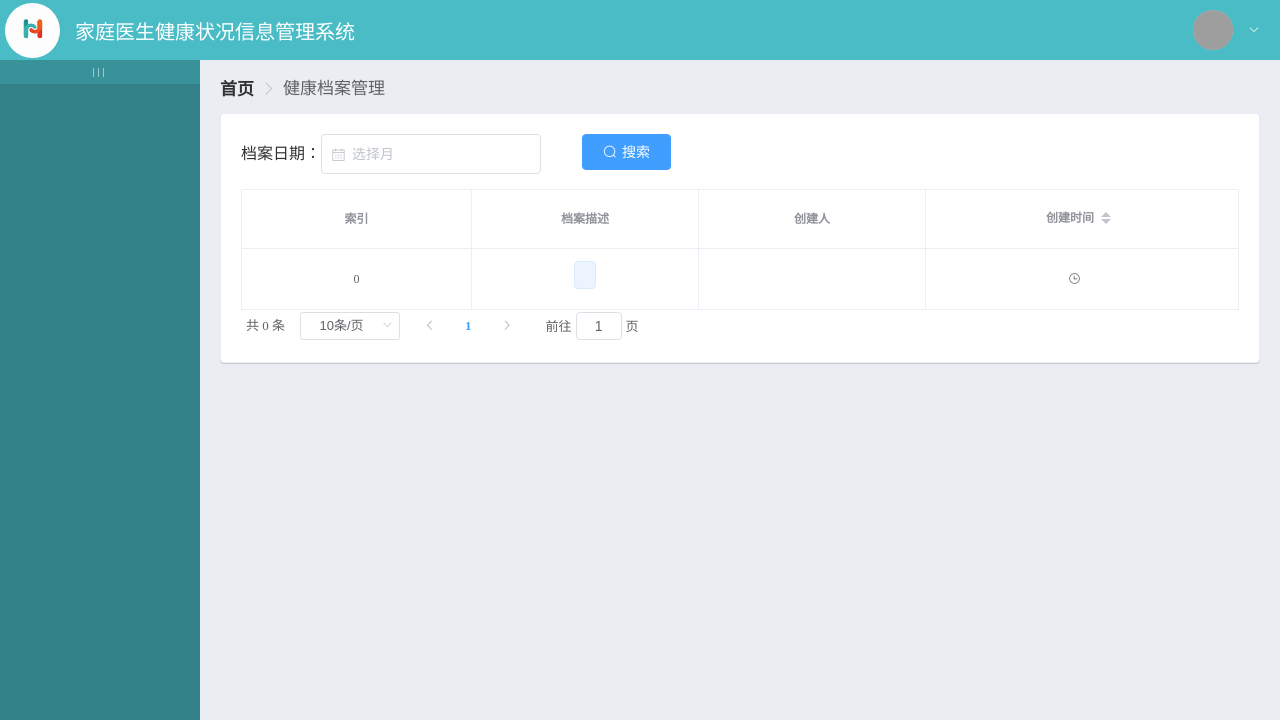
Repository: hyyBubbly/community-web-vue
Page: /#/files (app in community/)
These files come from the project's save history. The page is drawn as it stood at one moment and after the next save; the edit follows.
The browser window is 1280 px wide. The pictures show the whole page.
Pictures or frames that could not be fetched are drawn as grey boxes. The page's requests for data from a server got no answer. The project was rebuilt for these pictures with package versions that can differ from the ones it lists, and the page was loaded fresh each time. No one was signed in, and anything a server would have sent is missing. Also part of the build but not shown: community/vue.config.js, community/src/components/Login.vue, community/src/components/Welcome.vue, community/src/components/User/UserList.vue, community/src/components/admin/WorkerList.vue, community/src/components/community/CommunityList.vue, community/src/components/healthfiles/HealthyData.vue, community/src/components/User/OlderInfoList.vue and 13 more.

Above is the page before, as saved 2024-02-01 19:20:55.

### community/src/main.js
import Vue from 'vue'
import App from './App.vue'
import router from './router'
import './plugins/element.js'
import './assets/css/global.css'
import md5 from 'md5.js'
//引入iconfont
import './assets/font/iconfont.css'
// 导入axios
import axios from 'axios'
import moment from "moment"
import echarts from 'echarts'
Vue.prototype.$echarts = echarts
//时间转化
Vue.prototype.$moment = moment;
// 挂载axios 到Vue的原型prototype的$http
Vue.prototype.$http = axios
// 设置请求的根路径
axios.defaults.baseURL = "http://localhost:9001"
Vue.config.productionTip = false
//md5加密
Vue.prototype.$md5 = md5;



new Vue({
  router,
  render: h => h(App)
}).$mount('#app')

### community/src/App.vue
<template>
  <div id="app">
    <router-view></router-view>
  </div>
</template>
<script>
  // export default {
  //   name: 'App',
  //   provide(){
  //     return {
  //       reload: this.reload
  //     }
  //   },
  //   data(){
  //     return {
  //       isRouterAlive: true
  //     }
  //   },
  //   methods:{
  //     reload() {
  //       this.isRouterAlive = false;
  //       this.$nextTick(function (){
  //         this.isRouterAlive = true
  //       })
  //     }
  //   }
  // }
</script>
<style>

</style>

### community/src/router/index.js
import Vue from 'vue'
import VueRouter from 'vue-router'
import Login from '../components/Login.vue'
import Home from '../components/Home.vue'
import Welcome from "../components/Welcome.vue"
import UserList from "../components/User/UserList.vue"
import WorkerList from "@/components/admin/WorkerList"
import CommunityList from "@/components/community/CommunityList"
import HealthyData from "@/components/healthfiles/HealthyData"
import Healthiness from "@/components/healthfiles/Healthiness";
import OlderInfoList from "@/components/User/OlderInfoList";
import HealthyInfo from "@/components/healthfiles/HealthyInfo";
import Knowledge from "../components/knowledge/Knowledge.vue";
import ActiveList from "@/components/active/ActiveList";
import medical from "@/components/mutualAid/medical";
import Purchasing from "@/components/mutualAid/Purchasing";
import repast from "@/components/mutualAid/repast";
import Pharmacy from "@/components/mutualAid/Pharmacy/Pharmacy";
import PharmacyInfo from "@/components/mutualAid/Pharmacy/PharmacyInfo";
import Appointment from "@/components/mutualAid/Pharmacy/Appointment";
import ShoppingMall from "@/components/mutualAid/shoppingMall";
import foodBusiness from "@/components/mutualAid/Food/foodBusiness";
import Personal from "@/components/Personal";
Vue.use(VueRouter)

const routes = [
  {
    path:"/",
    redirect:'/login',
  },
  {
    path:"/login",
    component: Login,

  },
  {
    path:"/home",
    component:Home,
    redirect: "/welcome",
    children:[
      {
        path:"/welcome",
        component: Welcome,
      },
      {
        path:"/user",
        component: UserList,
      },
      {
        path:"/worker",
        component: WorkerList,
      },
      {
        path:"/older",
        component: OlderInfoList,
      },
      {
        path:"/community",
        component: CommunityList,
      },
      {
        path:"/healthyData",
        component: HealthyData,
      },
      {
        path:"/files",
        component: Healthiness,
      },
      {
        path:"/healthyInfo",
        component: HealthyInfo,
      },
	  {
        path:"/knowledge",
        component: Knowledge,
	  },
      {
        path:"/active",
        component: ActiveList,
      },
      {
        path:"/medicine",
        component: medical,
      },
      {
        path:"/shop",
        component: Purchasing,
      },
      {
        path:"/food",
        component: repast,
      },
      {
        path:"/pharmacy",
        component: Pharmacy,
      },
      {
        path:"/pharmacyInfo",
        component: PharmacyInfo,
      },
      {
        path:"/appointment",
        component: Appointment,
      },
      {
        path:"/shoppingMall",
        component: ShoppingMall,
      },
      {
        path: "/foodBusiness",
        component: foodBusiness,
      },
      {
        path:"/personal",
        component: Personal,
      }
    ]
  },
]


const router = new VueRouter({
  routes
})

// router.beforeEach((to,from,next)=>{
//   const role = window.sessionStorage.getItem("roleId")
//   if(to.meta.isLogin){ //判断页面是否需要登录才可操作
//       if(to.meta.roles.includes(role)){//判断登录用户的权限是否满足meta对象中的roles的要求
//         next()
//       }else {
//         alert('您没有权限进入页面！')
//         this.router.push('/login')
//       }
//     }else {
//       alert('请登录之后再操作！')
//       this.router.push('/login')
//     }
// })


//出现问题时使用
const originalPush = VueRouter.prototype.push
VueRouter.prototype.push = function push(location, onResolve,onReject){
  if(onResolve || onReject) return originalPush.call(this,location,onResolve,onReject)
  return originalPush.call(this,location).catch(err => err)
}

export default router

### community/src/assets/css/global.css
/* 全局样式 */
HTML,body,#app{
	height: 100%;
	margin: 0;
	padding: 0;
}
/* 卡片区域  !important 提高样式级别*/
.el-card{
	box-shadow: 0 1px 1px rgba(0,8,10,0.15) !important;
}

/*表格样式*/
.el-table{
	margin-top: 15px;
	font-size: 12px;
	min-width: 350px;
}

### community/src/assets/font/iconfont.css
@font-face {
  font-family: "iconfont"; /* Project id 3270408 */
  src: url('iconfont.woff2?t=1652753196788') format('woff2'),
       url('iconfont.woff?t=1652753196788') format('woff'),
       url('iconfont.ttf?t=1652753196788') format('truetype');
}

.iconfont {
  font-family: "iconfont" !important;
  font-size: 16px;
  font-style: normal;
  -webkit-font-smoothing: antialiased;
  -moz-osx-font-smoothing: grayscale;
}

.icon-huoyuedu:before {
  content: "\e607";
}

.icon-xiaoqushu:before {
  content: "\e6df";
}

.icon-fangwenliang:before {
  content: "\e646";
}

.icon-duzheliuyan:before {
  content: "\e604";
}

.icon-hudongshequ:before {
  content: "\e62f";
}

.icon-huoyueshu:before {
  content: "\e702";
}

.icon-community:before {
  content: "\e61c";
}

.icon-shujujiance:before {
  content: "\e683";
}

.icon-huzhu:before {
  content: "\e778";
}

.icon-denglu:before {
  content: "\e603";
}

.icon-mima:before {
  content: "\e65c";
}

.icon-gouwuche:before {
  content: "\e600";
}

.icon-2jiankangzhishi:before {
  content: "\e622";
}

.icon-huodong:before {
  content: "\e630";
}

.icon-canyinguanli:before {
  content: "\e624";
}

.icon-huodong1:before {
  content: "\e870";
}

.icon-jiankangdanganx:before {
  content: "\e60d";
}

.icon-yiliaohuzhu:before {
  content: "\e686";
}

.icon-yonghu:before {
  content: "\e633";
}

.icon-guanliyuan:before {
  content: "\e62a";
}

.icon-guanliyuan1:before {
  content: "\e681";
}

.icon-menu_lrkh:before {
  content: "\e656";
}

.icon-shequ:before {
  content: "\e663";
}

### community/src/components/Home.vue
<template>
  <!-- 引入布局 -->
  <el-container class="home-container" v-loading="loading">
    <!-- 头部 -->
    <el-header>
      <div class="clickPop">
        <img src="../assets/sportlogo.jpg" alt />
        <span class="span-font">家庭医生健康状况信息管理系统</span>
      </div>
      <el-dropdown class="clickPop">
        <el-avatar src="https://cube.elemecdn.com/0/88/03b0d39583f48206768a7534e55bcpng.png"
          style="margin-right: 10px"></el-avatar>
        <span class="el-dropdown-link">
          {{ getUsername() }}<i class="el-icon-arrow-down el-icon--right"></i>
        </span>
        <el-dropdown-menu slot="dropdown">
          <el-dropdown-item><span @click="Main">首页</span></el-dropdown-item>
          <!--            <el-dropdown-item><el-badge :value="12"><span @click="">购物车</span></el-badge></el-dropdown-item>-->
          <el-dropdown-item><span @click="$router.push({ path: '/personal' })">个人中心</span></el-dropdown-item>
          <el-dropdown-item><span type="info" @click="quit">安全退出</span></el-dropdown-item>
        </el-dropdown-menu>
      </el-dropdown>

    </el-header>
    <!-- 主体 -->
    <el-container>
      <!-- 侧边栏 -->
      <el-aside :width="width">
        <el-menu background-color="#46afb9" text-color="#fff" active-text-color="#889fa0" unique-opened
          :collapse="isCollapse" :collapse-transition="false" :router="true" :default-active="activePath">
          <div class="toggle-button" @click="toggleCollapase">|||</div>
          <!-- 一级菜单 -->
          <el-submenu :index="item.id + ''" v-for="item in menuList" :key="item.id">
            <template slot="title">
              <i :class="iconsObject[item.id]"></i>
              <span style="margin-left: 7px">{{ item.title }}</span>
            </template>
            <!-- 二级菜单 -->
            <el-menu-item :index="it.path + ''" v-for="it in item.sList" :key="it.id" @click="saveNavState()">
              <template slot="title">
                <i :class="iconsObject[it.id]"></i>
                <span style="margin-left: 7px">{{ it.title }}</span>
              </template>
            </el-menu-item>
          </el-submenu>
        </el-menu>
      </el-aside>
      <!-- 主体内容 -->
      <el-main>
        <router-view></router-view>
      </el-main>
      <el-dialog title="用户评价" :visible.sync="isDialog" width="40%">
        <el-col :span="7" style="margin-top: 15px"><el-rate v-model="assessForm.assess" show-text></el-rate></el-col>
        <!-- 内容底部区域    -->
        <span slot="footer" class="dialog-footer">
          <el-button @click="isDialog = false">取 消</el-button>
          <el-button type="primary" @click="logout">确 认</el-button>
        </span>
      </el-dialog>
    </el-container>
  </el-container>
</template>
<script>
export default {
  data() {
    return {
      //菜单列表
      loading: true,
      width: "200px",
      menuList: [],
      isCollapse: false,
      sList: [],
      assessForm: {
        assess: ""
      },
      isPopup: false,
      isDialog: false,
      percentage: 0,
      customColors: "",
      token: "",
      editPassword: {
        id: "",
        username: "",
        oldPassword: "",
        newPassword: "",
        passwordConfirm: ""
      },
      iconsObject: {
        '100': 'iconfont icon-yonghu',
        '200': 'iconfont icon-shequ',
        '300': 'iconfont icon-jiankangdanganx',
        '400': 'iconfont icon-huzhu',
        '500': 'iconfont icon-2jiankangzhishi',
        '600': 'iconfont icon-huodong1',
        '101': 'iconfont icon-guanliyuan1',
        '102': 'iconfont icon-yonghu',
        '103': 'iconfont icon-menu_lrkh',
        '201': 'iconfont icon-shequ',
        '301': 'iconfont icon-jiankangdanganx',
        '302': 'iconfont icon-shujujiance',
        '401': 'iconfont icon-yiliaohuzhu',
        '402': 'iconfont icon-gouwuche',
        '403': 'iconfont icon-canyinguanli',
        '501': 'iconfont icon-2jiankangzhishi',
        '601': 'iconfont icon-huodong1',
      },
      activePath: "/welcome",// 默认路径
    }
  },
  // onload事件
  created() {
    //查询menuList
    this.getUsername();
    this.getMenuList();
    this.activePath = window.sessionStorage.getItem('activePath');//取出session里的path动态修改
    this.loading = false;
  },
  methods: {
    quit() {
      if (window.sessionStorage.getItem("isAssess") === "1") {
        return this.logout()
      }
      this.isDialog = true
    },
    Main() {
      this.$router.push("/welcome");
    },
    getUsername() {
      this.editPassword.id = window.sessionStorage.getItem("id");
      this.editPassword.username = window.sessionStorage.getItem("workName");
      return this.editPassword.username;
    },
    //安全退出
    async logout() {
      if (this.assessForm.assess !== '' && this.assessForm.assess !== null && this.assessForm.assess !== 0) {
        this.assessForm.workId = window.sessionStorage.getItem("id")
        this.assessForm.createName = window.sessionStorage.getItem("workName")
        this.assessForm.roleId = window.sessionStorage.getItem("roleId")
        const { data: res } = await this.$http.post("/assess/addAssess", this.assessForm)
        if (res !== "success") {
          return this.$message.error("评价失败！！！")
        }
        this.$message.success("评价成功！！！")
      }
      const confirmResult = await this.$confirm('是否确定退出？', '提示', {
        confirmButtonText: "确定",
        cancelButtonText: "取消",
        type: 'warning'
      }).catch(err => err)
      if (confirmResult !== 'confirm') {//取消
        return this.$message.info("已取消退出");
      }
      window.sessionStorage.clear();//清除session
      window.localStorage.clear();
      await this.$router.push("/login");//回到首页
    },
    //获取导航菜单
    async getMenuList() {
      let token
      if (window.sessionStorage.getItem("roleId") === '' || window.sessionStorage.getItem("roleId") === null) {
        token = this.$route.query.roleId
      } else {
        token = window.sessionStorage.getItem("roleId")
      }
      const { data: res } = await this.$http.get("menus?roleId=" + token);
      console.log(res);
      if (res.flag !== 200)
        return this.$message.error("获取列表失败!!!");//访问失败的错误信息
      this.menuList = res.menus;//返回数据
    },

    //控制伸缩
    toggleCollapase() {
      this.isCollapse = !this.isCollapse;
      if (this.isCollapse === true) {
        this.width = "64px";
      } else {
        this.width = "200px";
      }
    },
    //保存路径
    saveNavState(activePath) {
      window.sessionStorage.setItem('activePath', activePath);//存放在session里
      this.activePath = activePath;
    }
  }
}
</script>

<style lang="less" scoped>
// 全局样式
.home-container {
  height: 100%;
}

//头部样式
.el-header {
  // background-color: #373d41;
  background-color: #4abcc6;
  display: flex;
  align-items: center;
  justify-content: space-between; //左右贴边
  padding-left: 0%; //左边界
  color: #fff;
  font-size: 20px;
}

.clickPop {
  display: flex;
  align-items: center;
  cursor: pointer; //显示小手

  img {
    border-radius: 50%;
    margin: 5px;
  }
}

.span-font {
  margin-left: 10px;
  font-family: 隶书;
}

//侧边栏样式
.el-aside {
  background-color: #348289;

  .el-menu {
    border-right: none;
  }

  .el-submenu__title i,
  .el-menu-item i {
    color: #ffffff;
  }

  .el-menu-item.is-active {
    text-shadow:0 0 5px #FFFF66,1px 1px 1px #fff,-1px -1px 1px #fff,0 0 10px #FFFF99,0 0 20px #B9EB50;
  }
}

//主体样式
.el-main {
  background-color: #eaedf1;
}

img {
  width: 55px;
  height: 55px;
}

// |||按钮样式
.toggle-button {
  background-color: #399199;
  font-size: 10px;
  line-height: 24px;
  color: #fff;
  text-align: center;
  letter-spacing: 0.2rem;
  cursor: pointer; //显示小手
}

.el-dropdown-link {
  cursor: pointer;
  color: #fffdef;
}

.el-icon-arrow-down {
  font-size: 12px;
}
</style>

### community/src/components/healthfiles/Healthiness.vue
<template>
  <div>
    <el-breadcrumb separator-class="el-icon-arrow-right">
      <el-breadcrumb-item :to="{path:'/home'}">首页</el-breadcrumb-item>
      <el-breadcrumb-item>健康档案管理</el-breadcrumb-item>
    </el-breadcrumb>
    <el-card>
      <el-row :gutter="25">
        <el-col :span="8">
          <!-- <label>老人姓名：</label>
          <el-select placeholder="请选择老人" v-model="queryInfo.olderId" @click="getHealthyList"
                     clearable filterable style="width: 70%; padding-right: 10px">
            <el-option
                v-for="item in olderDrop"
                :key="item.olderId"
                :label="item.olderName"
                :value="item.olderId">
            </el-option>
          </el-select> -->
        </el-col>
        <el-col :span="8">
          <label>档案日期：</label>
          <el-date-picker
              v-model="queryInfo.time"
              type="month"
              placeholder="选择月">
          </el-date-picker>
        </el-col>
        <el-col :span="6">
          <!--        搜索按钮-->
          <el-button type="primary" icon="el-icon-search" @click="search" size="medium">搜索</el-button>
          <el-button type="primary" icon="el-icon-plus" @click="showAddForm" size="medium" v-show="this.token === '2'">添加档案</el-button>
        </el-col>
      </el-row>
      <el-table :data="healthyList" border stripe :default-sort = "{prop: 'createTime', order: 'ascending'}">
        <el-table-column label="索引" prop="id" align="center"></el-table-column><!--索引列-->
        <el-table-column label="档案描述" prop="files" align="center">
          <template v-slot="scope">
            <div slot="reference" class="name-wrapper">
              <el-tag size="medium" @click="showHealthyInfo(scope.row.id)">{{ scope.row.olderName }}</el-tag>
            </div>
          </template>
        </el-table-column>
        <!-- <el-table-column label="档案描述" prop="files" align="center"></el-table-column> -->
        <el-table-column label="创建人" prop="workName" align="center"></el-table-column>
        <el-table-column label="创建时间" align="center" min-width="110px" sortable>
          <template v-slot="scope">
            <i class="el-icon-time"></i>
            <span style="margin-left: 15px">{{scope.row.createTime}}</span>
          </template>
        </el-table-column>
        <!--        自定义插槽-->
        <el-table-column label="操作" align="center" v-if="this.token === '2'">
          <template v-slot ="scope">
            <!--删除-->
            <el-button type="danger" icon="el-icon-delete" size="mini" @click="deleteHealthy(scope.row.id)">
            </el-button>
          </template>
        </el-table-column>
      </el-table>
      <!--      分页组件 @size-change每页最大变化 @current-change 当前最大变化layout功能组件-->
      <div>
        <el-pagination
            @size-change="handleSizeChange"
            @current-change = "handleCurrentChange"
            :current-page="queryInfo.pageNum"
            :page-sizes="[5,10,15,50]"
            :page-size="queryInfo.pageSize"
            layout="total,sizes,prev,pager,next,jumper"
            :total="total">
        </el-pagination>
      </div>

    </el-card>
  </div>
</template>

<script>
export default {
  name: "Healthiness",
  data() {
    return {
      queryInfo:{
		  pageNum: 1,//当前页
		  pageSize: 10,//每页最大数
		  olderId:"",
      },
      healthyList:[{
        id:0,
        olderId:"",
        olderName:"",
      }],
      total:0,
      olderDrop:[],
      token:""
    }
  },
  created() {
    this.getHealthyList();
    // this.selectOlderDrop();
  },
  methods:{

    async selectOlderDrop(){
      if(this.token === '4'){
        this.queryInfo.userId = window.sessionStorage.getItem("id")
      }else{
        this.queryInfo.userId = ''
      }
      const{data:res} = await this.$http.get("/healthy/olderDrop?userId=" + this.queryInfo.userId);
      this.olderDrop = res;
    },
    //最大数
    handleSizeChange(newSize){
      this.queryInfo.pageSize = newSize;
      this.getHealthyList();
    },
    //pageNum的触发动作
    handleCurrentChange(newPage){
      this.queryInfo.pageNum = newPage;
      this.getHealthyList();
    },

    async getHealthyList(){
      this.token = window.sessionStorage.getItem("roleId")
      if(this.token === '4'){
        this.queryInfo.userId = window.sessionStorage.getItem("id")
      }
      const{data:res} = await this.$http.get("/healthy/list",{params:this.queryInfo})
      this.healthyList = res;
      this.total = this.healthyList[0].total
      for (let i = 0; i < this.healthyList.length; i++) {
        this.healthyList[i].createTime =
            this.$moment(this.healthyList[i].createTime).format('YYYY/MM/DD')
      }
    },
    search(){
      this.queryInfo.pageNum = 1;
      if(this.queryInfo.time !== '' && this.queryInfo.time !== null){
        this.queryInfo.time = this.$moment(this.queryInfo.time).format('YYYY-MM')
      }
      this.getHealthyList()
    },
    async deleteHealthy(id){
      const confirmResult = await this.$confirm('是否确定删除？','提示',{
        confirmButtonText:"确定",
        cancelButtonText:"取消",
        type:'warning'
      }).catch(err => err)
      if(confirmResult!=='confirm'){//取消
        return this.$message.info("已取消删除");
      }
      const updateId = window.sessionStorage.getItem("id");
      const{data:res} = await this.$http.post("/healthy/deleteById?id=" + id + "&updateId=" + updateId)
      if(res !== "success"){
        return this.$message.error("删除失败！！");
      }
      this.$message.success("删除成功！！");
      await this.getHealthyList();

    },
    showHealthyInfo(id){
      this.$router.push({path:"/healthyInfo",query: { id: id ,isAdd: 'true'}})
    },
	  showAddForm(){
	  this.$router.push({path:'/healthyInfo',query:{isAdd: 'false'}})
	  }
  }
}
</script>

<style lang="less" scoped>
.el-breadcrumb{
  margin-bottom: 15px;
  font-size: 17px;
}
</style>

Loaded but not shown: community/public/index.html (common file); community/src/plugins/element.js (common file)

After the next save:
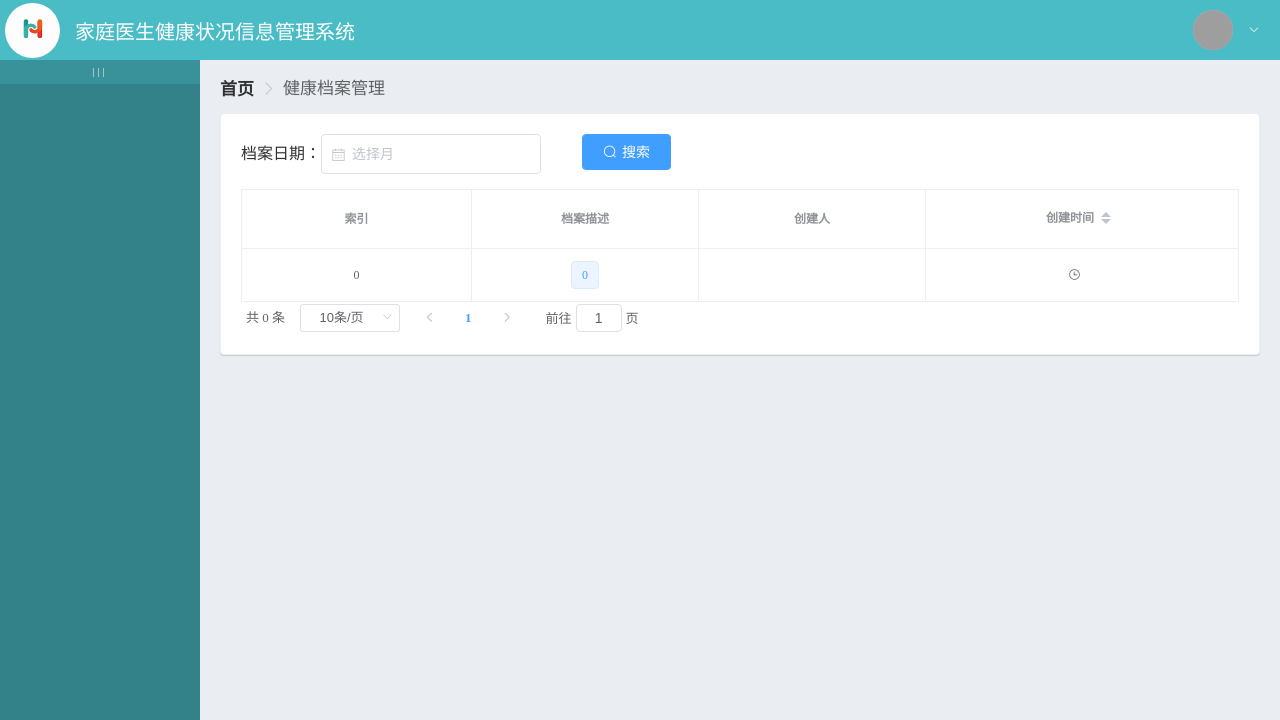
Saved 29 s later.
--- a/community/src/components/healthfiles/Healthiness.vue
+++ b/community/src/components/healthfiles/Healthiness.vue
@@ -37,7 +37,7 @@
         <el-table-column label="档案描述" prop="files" align="center">
           <template v-slot="scope">
             <div slot="reference" class="name-wrapper">
-              <el-tag size="medium" @click="showHealthyInfo(scope.row.id)">{{ scope.row.olderName }}</el-tag>
+              <el-tag size="medium" @click="showHealthyInfo(scope.row.id)">{{ scope.row.id }}</el-tag>
             </div>
           </template>
         </el-table-column>

After the save that followed:
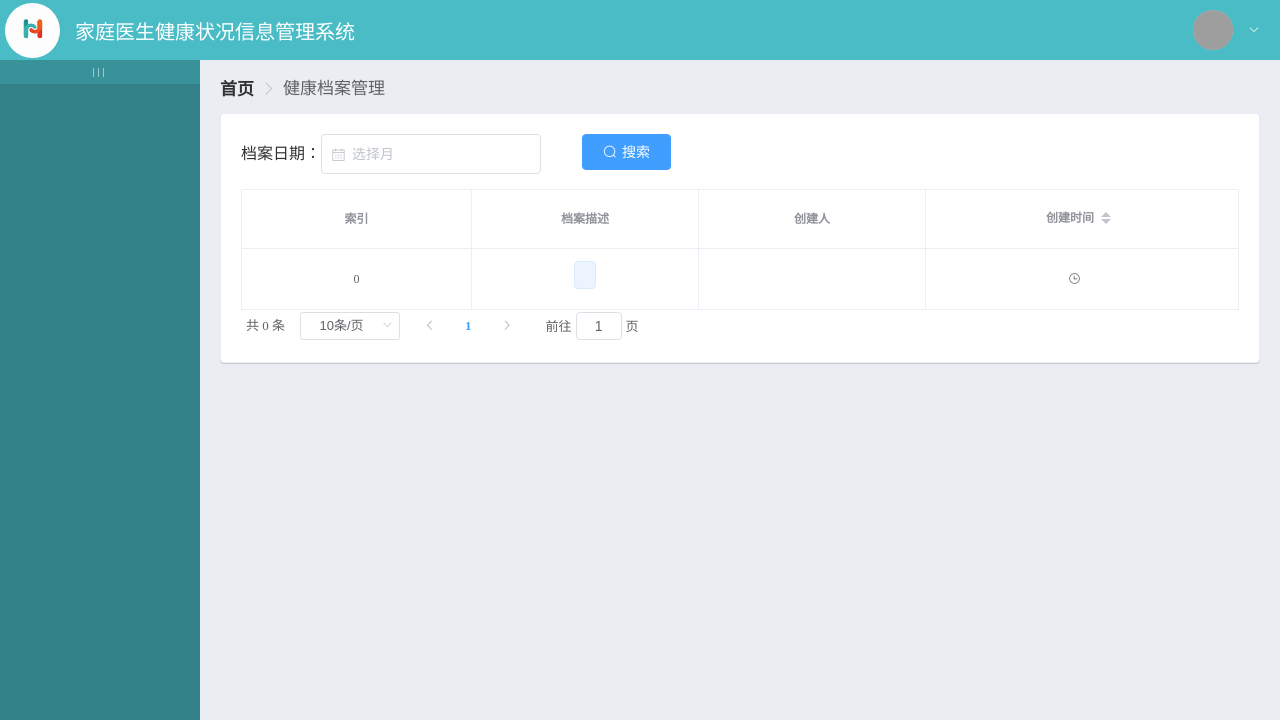
Saved 18 s later.
--- a/community/src/components/healthfiles/Healthiness.vue
+++ b/community/src/components/healthfiles/Healthiness.vue
@@ -37,7 +37,7 @@
         <el-table-column label="档案描述" prop="files" align="center">
           <template v-slot="scope">
             <div slot="reference" class="name-wrapper">
-              <el-tag size="medium" @click="showHealthyInfo(scope.row.id)">{{ scope.row.id }}</el-tag>
+              <el-tag size="medium" @click="showHealthyInfo(scope.row.id)">{{ scope.row.files }}</el-tag>
             </div>
           </template>
         </el-table-column>
